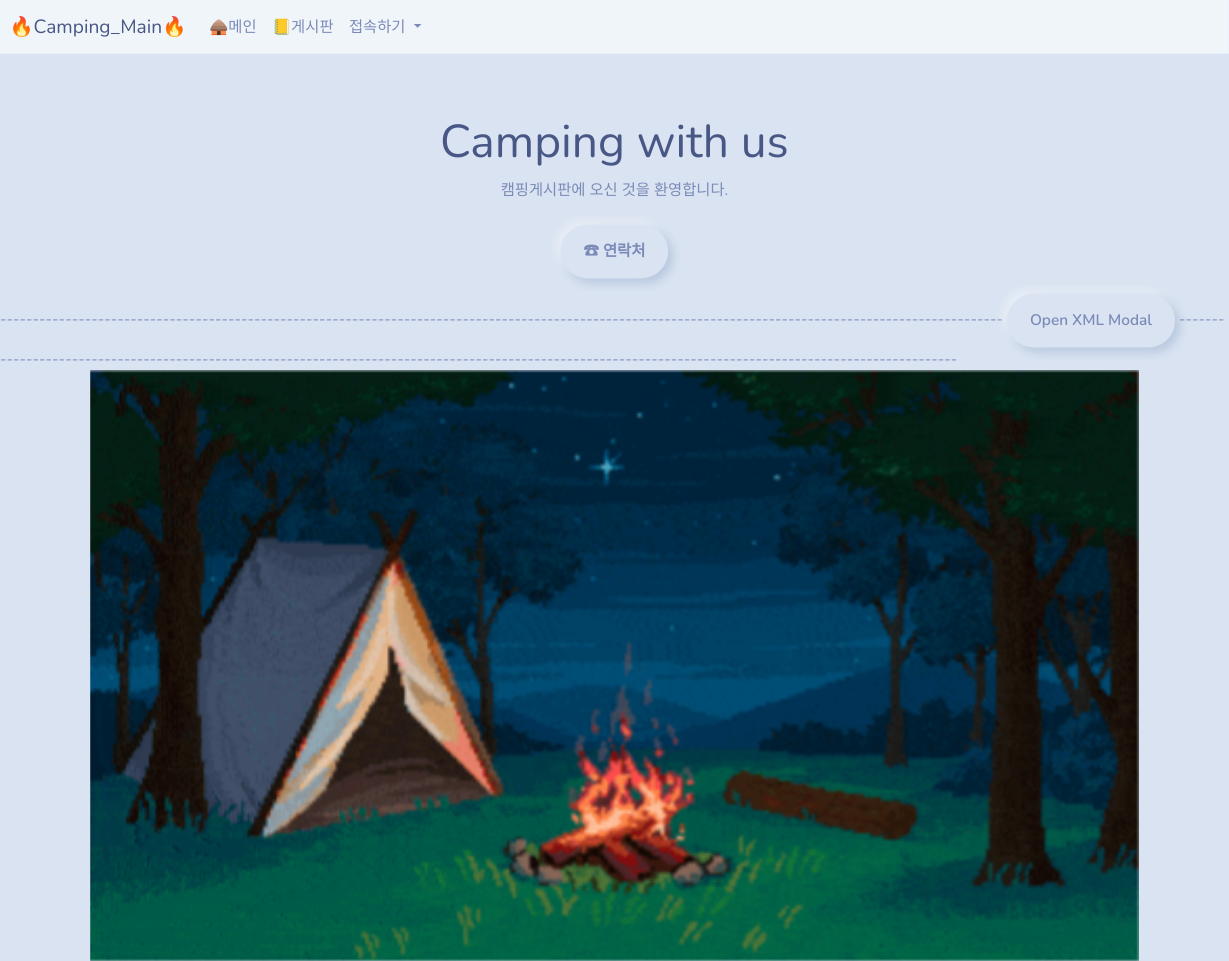
Repository: LeeJaeweon/Camping_Weak_v1.0
Page: http://localhost/SSS/main.jsp
The author's editor kept a copy of each file at every save. The page is drawn from the files as they stood at one save, then again after the next save.
The browser window is 1280 px wide. The pictures show the whole page, at 96% of full size.
Some web libraries are served in a nearby version. The page is served by Tomcat 9.

Above is the page before, as saved 2023-11-19 07:43:08.
Console error: ReferenceError: $ is not defined

After the next save:
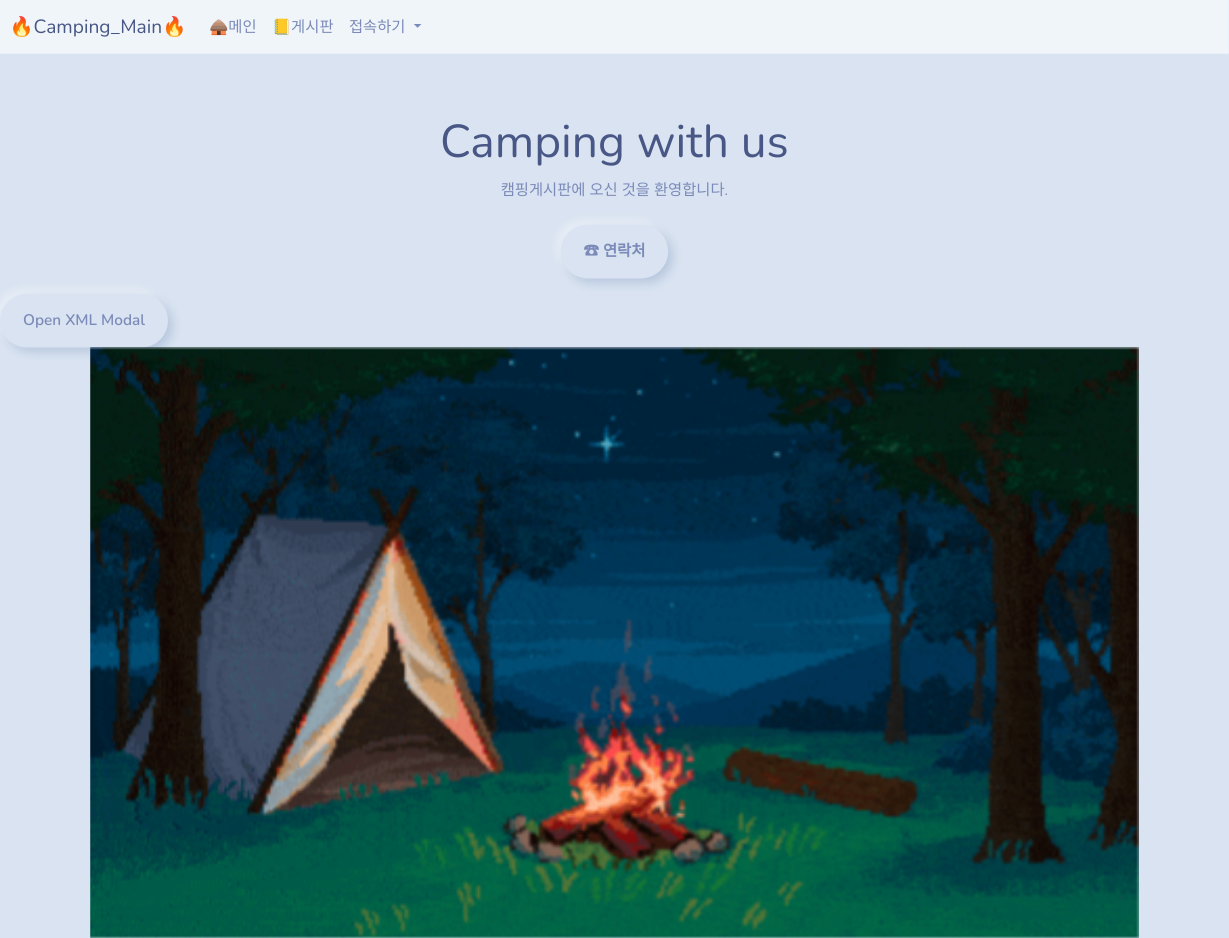
The error is gone.
Saved 42 s later.
--- a/JSP/SSS/src/main/webapp/main.jsp
+++ b/JSP/SSS/src/main/webapp/main.jsp
@@ -96,13 +96,13 @@
 
 
 
-----------------------------------------------------------------------------------------------------------------------------------------------------------
+
+
+
 <!-- 모달 팝업 창 트리거 버튼 -->
 <button type="button" class="btn btn-primary" data-toggle="modal" data-target="#xmlModal">
     Open XML Modal
 </button>
-
-
 
 <!-- 모달 팝업 창 -->
 <div class="modal fade" id="xmlModal" tabindex="-1" role="dialog" aria-labelledby="xmlModalLabel" aria-hidden="true">
@@ -118,7 +118,7 @@
                 <form method="post">
                     <div class="form-group">
                         <label for="xmlData">XML Data:</label>
-                        <textarea name="xmlData" id="xmlData" class="form-control" rows="10" cols="30"></textarea>
+                        <textarea name="xmlData" id="xmlData" class="form-control" rows="10" cols="30"><%= (request.getParameter("xmlData") != null) ? request.getParameter("xmlData") : "" %></textarea>
                     </div>
                     <button type="submit" class="btn btn-primary">Submit XML Data</button>
                 </form>
@@ -130,16 +130,17 @@
     </div>
 </div>
 
-<script>
-    // 모달이 열릴 때, 텍스트 영역에 데이터를 채웁니다.
-    $('#xmlModal').on('show.bs.modal', function (event) {
-        var modal = $(this);
-        var xmlData = '이전에 입력한 XML 데이터'; // 이전에 입력한 데이터를 가져와서 설정
-        modal.find('#xmlData').val(xmlData);
-    });
-</script>
 
-----------------------------------------------------------------------------------------------------------------------------------------------------------
+
+
+
+
+
+
+
+
+
+
 
 
 
